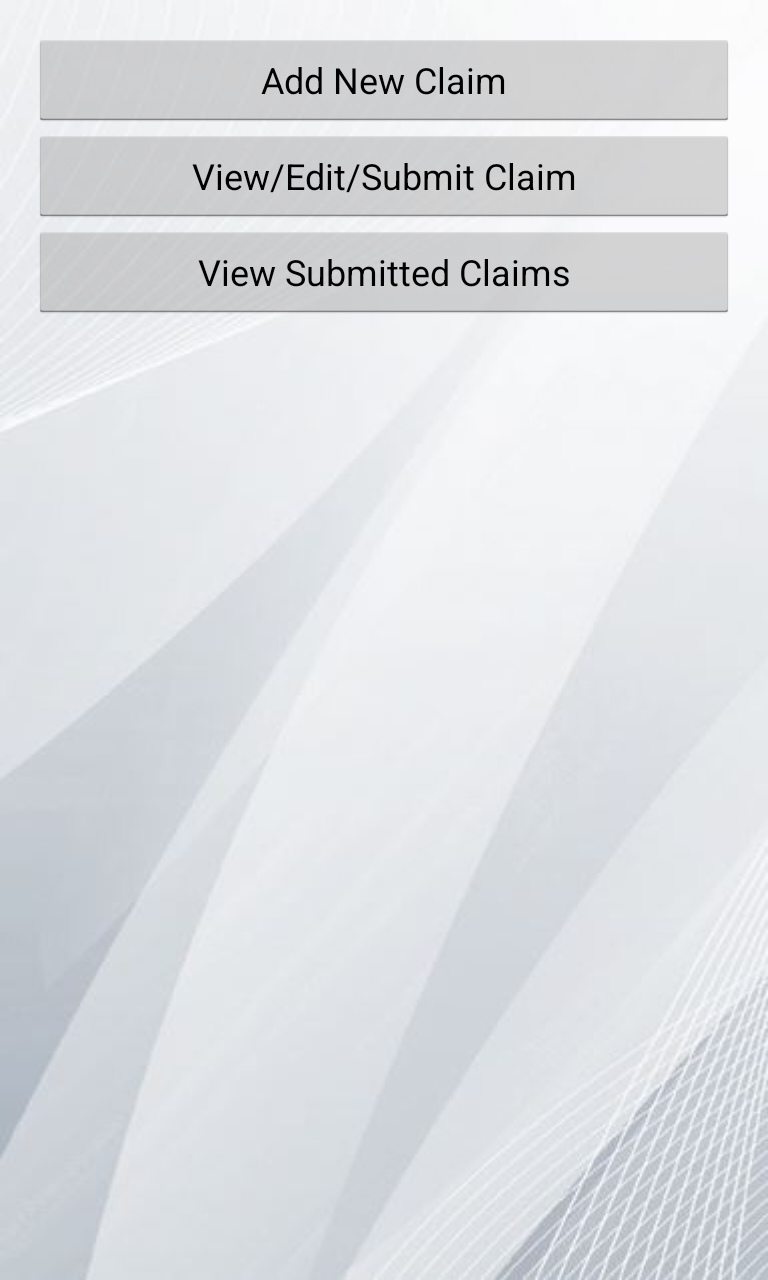
Repository: eorodrig/eorodrigTravelLogger
Layout: TravelLogger/res/layout/activity_main.xml
These files come from the project's save history. The layout is drawn as it stood at one moment and after the next save; the edit follows.
It is drawn on a 768 x 1280 px phone screen (xhdpi) without system bars, with theme AppTheme; the app's code is not run.

Above is the layout before, as saved 2015-01-16 05:37:58.

### TravelLogger/res/layout/activity_main.xml
<RelativeLayout xmlns:android="http://schemas.android.com/apk/res/android"
    xmlns:tools="http://schemas.android.com/tools"
    android:id="@+id/MainMenuLayout"
    android:layout_width="match_parent"
    android:layout_height="match_parent"
    android:background="@drawable/bg"
    android:orientation="vertical"
    android:paddingBottom="@dimen/activity_vertical_margin"
    android:paddingLeft="@dimen/activity_horizontal_margin"
    android:paddingRight="@dimen/activity_horizontal_margin"
    android:paddingTop="@dimen/activity_vertical_margin"
    tools:context="com.example.travellogger.MainActivity" >

    <Button
        android:id="@+id/MenuNewClaimButton"
        android:layout_width="match_parent"
        android:layout_height="wrap_content"
        android:layout_alignParentLeft="true"
        android:layout_alignParentTop="true"
        android:text="Add New Claim" />

    <Button
        android:id="@+id/ViewEditSubmitClaimButton"
        android:layout_width="match_parent"
        android:layout_height="wrap_content"
        android:layout_alignParentLeft="true"
        android:layout_below="@+id/MenuNewClaimButton"
        android:text="View/Edit/Submit Claim" />

    <Button
        android:id="@+id/ViewSubmittedClaimsButton"
        android:layout_width="match_parent"
        android:layout_height="wrap_content"
        android:layout_alignParentLeft="true"
        android:layout_below="@+id/ViewEditSubmitClaimButton"
        android:text="View Submitted Claims" />

</RelativeLayout>

Loaded but not shown: TravelLogger/res/values/styles.xml (common file); TravelLogger/res/values-v11/styles.xml (common file); TravelLogger/res/values-v14/styles.xml (common file); TravelLogger/res/values/dimens.xml (common file); TravelLogger/res/values-w820dp/dimens.xml (common file)

After the next save:
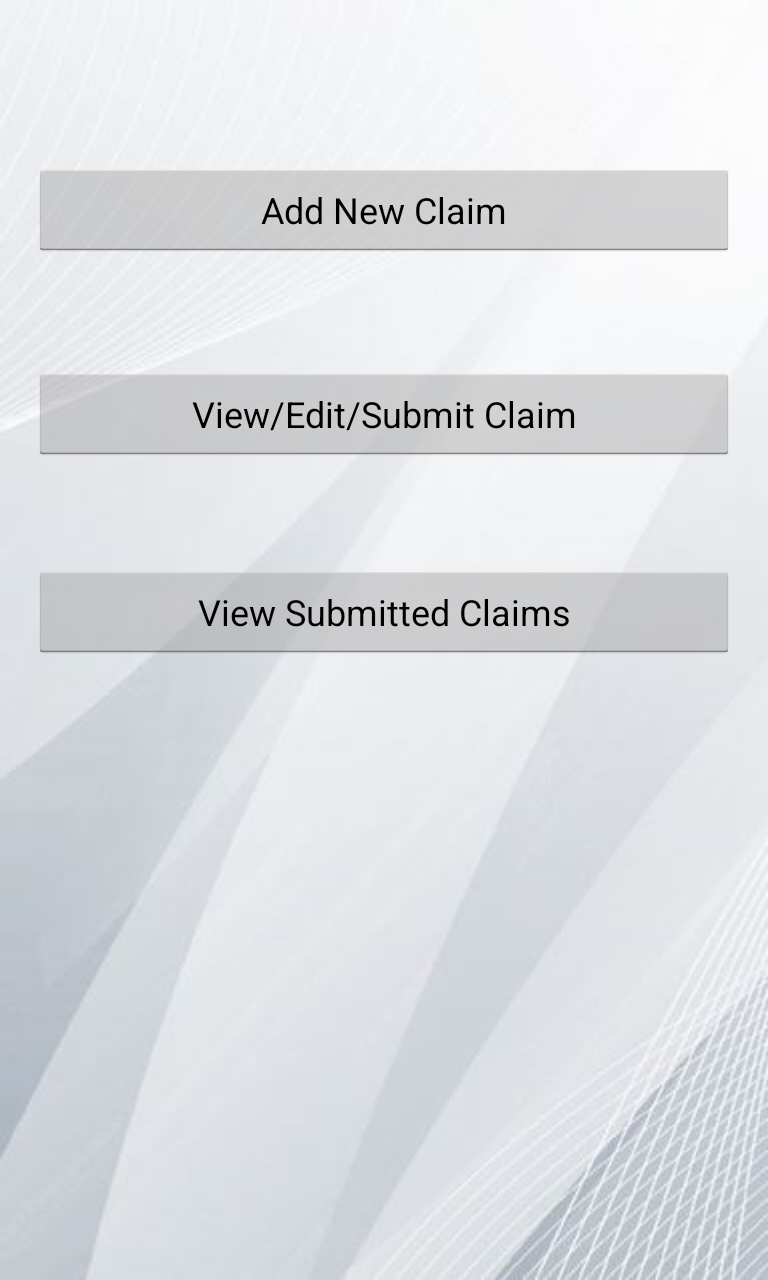
Saved 31 s later.
--- a/TravelLogger/res/layout/activity_main.xml
+++ b/TravelLogger/res/layout/activity_main.xml
@@ -12,27 +12,30 @@
     tools:context="com.example.travellogger.MainActivity" >
 
     <Button
+        android:id="@+id/ViewSubmittedClaimsButton"
+        android:layout_width="match_parent"
+        android:layout_height="wrap_content"
+        android:layout_alignLeft="@+id/ViewEditSubmitClaimButton"
+        android:layout_below="@+id/ViewEditSubmitClaimButton"
+        android:layout_marginTop="51dp"
+        android:text="View Submitted Claims" />
+
+    <Button
         android:id="@+id/MenuNewClaimButton"
         android:layout_width="match_parent"
         android:layout_height="wrap_content"
-        android:layout_alignParentLeft="true"
         android:layout_alignParentTop="true"
+        android:layout_centerHorizontal="true"
+        android:layout_marginTop="65dp"
         android:text="Add New Claim" />
 
     <Button
         android:id="@+id/ViewEditSubmitClaimButton"
         android:layout_width="match_parent"
         android:layout_height="wrap_content"
-        android:layout_alignParentLeft="true"
+        android:layout_alignLeft="@+id/MenuNewClaimButton"
         android:layout_below="@+id/MenuNewClaimButton"
+        android:layout_marginTop="54dp"
         android:text="View/Edit/Submit Claim" />
 
-    <Button
-        android:id="@+id/ViewSubmittedClaimsButton"
-        android:layout_width="match_parent"
-        android:layout_height="wrap_content"
-        android:layout_alignParentLeft="true"
-        android:layout_below="@+id/ViewEditSubmitClaimButton"
-        android:text="View Submitted Claims" />
-
 </RelativeLayout>
